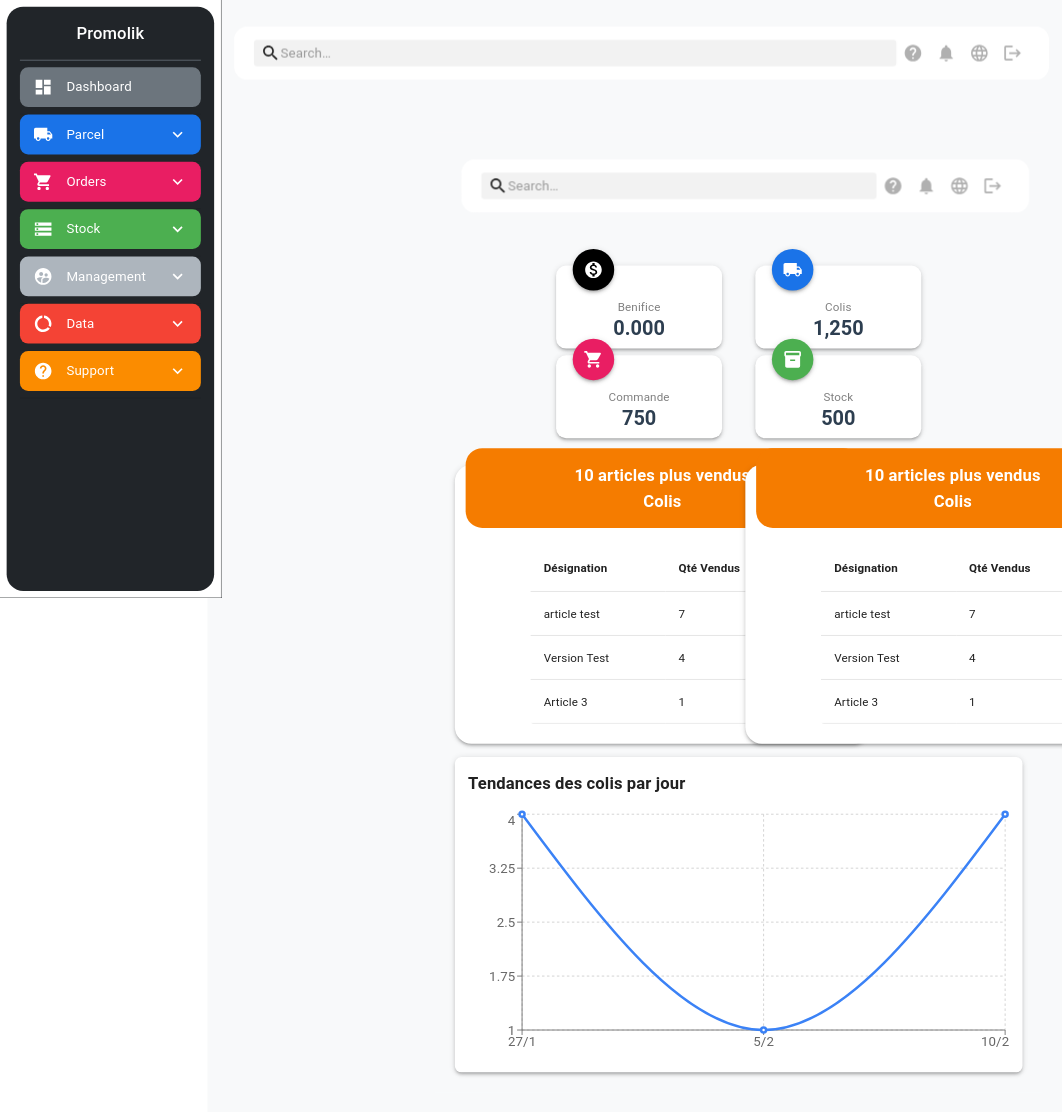
Repository: yosrjdly/stk
Page: /dashboard (app in dashboard/)
These files come from the project's save history. The page is drawn as it stood at one moment and after the next save; the edit follows.
The browser window is 1280 px wide. The pictures show the whole page, at 83% of full size.
The project was rebuilt for these pictures with package versions that can differ from the ones it lists, and the page was loaded fresh each time. The framework's server and built-in components were replaced by stand-ins that run in the browser. Also part of the build but not shown: dashboard/next.config.ts.

Above is the page before, as saved 2025-02-16 16:44:44.

### dashboard/src/app/dashboard/Layout.tsx
"use client";

import { Box, CssBaseline, Toolbar } from "@mui/material";
import Sidebar from "../../componenets/sidebar/SideBar";
import Navbar from "../../componenets/navbar/Navbar"; // Assuming you have a Navbar component
import { ReactNode } from "react";

interface LayoutProps {
  children: ReactNode;
}

export default function Layout({ children }: LayoutProps) {
  return (
    <Box sx={{ display: "flex" }}>
      <CssBaseline />

      {/* Sidebar (Permanent) */}
      <Sidebar />

      {/* Main Content Area */}
      <Box
        component="main"
        sx={{

          flexGrow: 1,
          p: 3,
          width: `calc(100% - 250px)`, // Adjusting main content width to fit sidebar
          backgroundColor: "#f8f9fa",
          minHeight: "100vh",
        }}
      >
        {/* Navbar */}
        <Navbar />

        {/* Page Content */}
        <Toolbar /> {/* Keeps content from being hidden behind Navbar */}
        {children}
      </Box>
    </Box>
  );
}

### dashboard/src/app/dashboard/page.tsx
import DashboardStats from "@/componenets/cards/smallCard/StatisticCard";
import Layout from "../dashboard/Layout";
import TopSellingCard from "../../componenets/cards/mediumCard/TopSellingCard";
import Chart from "../../componenets/Charts/Chart";
import { Box, Grid } from "@mui/material";

export default function DashboardHome() {
  return (
    <Layout>
      {/* Stats at the top */}
      <Box sx={{ mb: 4 }}>
        <DashboardStats />
      </Box>

      {/* Two TopSellingCards in one row */}
      <Grid container spacing={2} sx={{ mb: 2 }}>
        <Grid item xs={12} md={6}>
          <TopSellingCard />
        </Grid>
        <Grid item xs={12} md={6}>
          <TopSellingCard />
        </Grid>
      </Grid>

      {/* Chart below */}
      <Box>
        <Chart />
      </Box>
    </Layout>
  );
}

### dashboard/src/componenets/sidebar/SideBar.tsx
"use client";

import { useState } from "react";
import { useRouter, usePathname } from "next/navigation";
import {
  Drawer,
  List,
  ListItemButton,
  ListItemText,
  Collapse,
  Divider,
  Typography,
  Box,
  IconButton,
} from "@mui/material";
import { ExpandLess, ExpandMore, Brightness4, Brightness7 } from "@mui/icons-material";
import DashboardIcon from '@mui/icons-material/Dashboard';
import LocalShippingIcon from '@mui/icons-material/LocalShipping';
import ShoppingCartIcon from '@mui/icons-material/ShoppingCart';
import StorageIcon from '@mui/icons-material/Storage';
import SupervisedUserCircleIcon from '@mui/icons-material/SupervisedUserCircle';
import DataUsageIcon from '@mui/icons-material/DataUsage';
import HelpIcon from '@mui/icons-material/Help';

const menuItems = [
  {
    title: "Dashboard",
    path: "/dashboard",
    color: "#6c757d",
    icon: <DashboardIcon />,
  },
  {
    title: "Parcel",
    subItems: [
      { title: "Statistique", path: "/parcel/statistical" },

      { title: "Exchange List", path: "/parcel/exchangeList" },
      { title: "Search", path: "/parcel/search" },

      { title: "Exchange Return", path: "/dashboard/parcel/exchangeReturn" },
      { title: "Exchange Creation", path: "/dashboard/parcel/exchangeCreation" },
      { title: "Package Creation", path: "/dashboard/parcel/packageCreation" },
      { title: "Package Edit", path: "/dashboard/parcel/packageEdit" },
      { title: "Package List", path: "/dashboard/parcel/packageList" },
      { title: "Parcel Return", path: "/dashboard/parcel/parcelReturn" },

    ],
    color: "#1a73e8",
    icon: <LocalShippingIcon />,
  },
  {
    title: "Orders",
    subItems: [
      { title: "Cash Sale", path: "/dashboard/orders/cashSale" },
      { title: "Orders", path: "/dashboard/orders/orders" },
    ],
    color: "#e91e63",
    icon: <ShoppingCartIcon />,
  },
  {
    title: "Stock",
    subItems: [
      { title: "Add Article", path: "/dashboard/stock/addArticle" },
      { title: "Entred Stock", path: "/dashboard/stock/entredStock" },
      { title: "Notification", path: "/dashboard/stock/notification" },
      { title: "Stock", path: "/dashboard/stock/stock" },
    ],
    color: "#4caf50",
    icon: <StorageIcon />,
  },
  {
    title: "Management",
    subItems: [
      { title: "Delivery Company", path: "/manegement/deliveryCompany" },
      { title: "Profile", path: "/dashboard/management/profile" },
      { title: "Profit", path: "/dashboard/management/profit" },
      { title: "Spending", path: "/dashboard/management/spending" },
      { title: "User", path: "/dashboard/management/user" },
    ],
    color: "#adb5bd",
    icon: <SupervisedUserCircleIcon />,
  },
  {
    title: "Data",
    subItems: [
      { title: "Archived Parcel", path: "/dashboard/data/archivedParcel" },
      { title: "Command Deleted", path: "/dashboard/data/commandDeleted" },
      { title: "Deleted Parcel", path: "/dashboard/data/deletedParcel" },
      { title: "Inventory Removed", path: "/dashboard/data/inventoryRemoved" },
    ],
    color: "#f44335",
    icon: <DataUsageIcon />,
  },
  {
    title: "Support",
    subItems: [
      { title: "About Us", path: "/dashboard/support/aboutUs" },
      { title: "Claims", path: "/dashboard/support/claims" },
      { title: "User Guide", path: "/dashboard/support/userGuide" },
    ],
    color: "#fb8c00",
    icon: <HelpIcon />,
  },
];

export default function Sidebar() {
  const router = useRouter();
  const pathname = usePathname();
  const [openSections, setOpenSections] = useState<Record<string, boolean>>({});

  const toggleSection = (title: string) => {
    setOpenSections((prev) => ({
      ...prev,
      [title]: !prev[title],
    }));
  };

  return (
    <Drawer variant="permanent" sx={{ width: 250, flexShrink: 0, marginTop: 2 }}>
      <Box sx={{ height: "100%", width: 250, padding: 2, backgroundColor: "#212529", borderRadius: 5, margin: 1 }}>
        <Typography variant="h6" sx={{ color: "white", textAlign: "center", mb: 2 }}>
          Promolik
        </Typography>
        <Divider sx={{ backgroundColor: "#6c757d" }} />
        <List>
          {menuItems.map((item, index) => {
            const isParentActive = item.subItems?.some((subItem) => pathname === subItem.path);

            return (
              <div key={index}>
                {item.subItems ? (
                  <>
                    <ListItemButton
                      sx={{
                        backgroundColor: item.color,
                        borderRadius: "10px",
                        marginBottom: 1,
                        color: "white",
                      }}
                      onClick={() => toggleSection(item.title)}
                    >
                      {item.icon}
                      <ListItemText primary={item.title} sx={{ ml: 2 }} />
                      {openSections[item.title] ? <ExpandLess /> : <ExpandMore />}
                    </ListItemButton>
                    <Collapse in={openSections[item.title]} timeout="auto" unmountOnExit>
                      <List component="div" disablePadding>
                        {item.subItems.map((subItem, subIndex) => (
                          <ListItemButton
                            key={subIndex}
                            sx={{
                              pl: 4,
                              backgroundColor: pathname === subItem.path ? item.color : "transparent",
                              borderRadius: pathname === subItem.path ? "10px" : "0px",
                              marginBottom: 1,
                              color: pathname === subItem.path ? "white" : "#ccc",
                            }}
                            onClick={() => router.push(subItem.path)}
                          >
                            <ListItemText primary={subItem.title} />
                          </ListItemButton>
                        ))}
                      </List>
                    </Collapse>
                  </>
                ) : (
                  <ListItemButton
                    sx={{
                      backgroundColor: pathname === item.path ? item.color : "transparent",
                      borderRadius: pathname === item.path ? "10px" : "0px",
                      marginBottom: 1,
                      color: pathname === item.path ? "white" : "#ccc",
                    }}
                    onClick={() => router.push(item.path)}
                  >
                    {item.icon}
                    <ListItemText primary={item.title} sx={{ ml: 2 }} />
                  </ListItemButton>
                )}
                <Divider />
              </div>
            );
          })}
        </List>
      </Box>
    </Drawer>
  );
}

### dashboard/src/componenets/navbar/Navbar.tsx

'use client';

import React, { useState } from 'react';
import { AppBar, Toolbar, IconButton, InputBase, Menu, MenuItem } from '@mui/material';
import { Search as SearchIcon, Help as HelpIcon, Notifications as NotificationsIcon, Language as LanguageIcon, Logout as LogoutIcon } from '@mui/icons-material';

const Navbar = () => {
  const [anchorEl, setAnchorEl] = useState(null);

  const handleMenuOpen = (event) => {
    setAnchorEl(event.currentTarget);
  };

  const handleMenuClose = () => {
    setAnchorEl(null);
  };

  return (
    <AppBar
      position="sticky"
      sx={{
        mx: 1,
        mt: 1,
        borderRadius: '16px',
        boxShadow: 'none',
        backdropFilter: 'blur(10px)',
        zIndex: 1200,
        backgroundColor: '#ffff',
      }}
    >
      <Toolbar>
        {/* Search Bar */}
        <InputBase
          placeholder="Search…"
          startAdornment={<SearchIcon />}
          sx={{ flexGrow: 1, backgroundColor: 'rgba(0, 0, 0, 0.05)', borderRadius: '4px', paddingLeft: '8px' }}
        />

        {/* Help Icon */}
        <IconButton color="inherit" onClick={handleMenuOpen} sx={{ color: '#B0B0B0' }}>
          <HelpIcon />
        </IconButton>

        {/* Notifications Icon */}
        <IconButton color="inherit" sx={{ color: '#B0B0B0' }}>
          <NotificationsIcon />
        </IconButton>

        {/* Language Icon */}
        <IconButton color="inherit" sx={{ color: '#B0B0B0' }}>
          <LanguageIcon />
        </IconButton>

        {/* Logout Icon */}
        <IconButton color="inherit" sx={{ color: '#B0B0B0' }}>
          <LogoutIcon />
        </IconButton>
      </Toolbar>

      {/* Help Icon Menu */}
      <Menu
        anchorEl={anchorEl}
        open={Boolean(anchorEl)}
        onClose={handleMenuClose}
      >
        <MenuItem onClick={handleMenuClose}>Help Center</MenuItem>
        <MenuItem onClick={handleMenuClose}>Contact Support</MenuItem>
      </Menu>
    </AppBar>
  );
};

export default Navbar;

### dashboard/src/componenets/cards/smallCard/StatisticCard.tsx
'use client';

import React from 'react';
import { Card, CardContent, Typography, Box } from '@mui/material';
import MonetizationOnIcon from '@mui/icons-material/MonetizationOn';
import LocalShippingIcon from '@mui/icons-material/LocalShipping';
import ShoppingCartIcon from '@mui/icons-material/ShoppingCart';
import InventoryIcon from '@mui/icons-material/Inventory';

const StatisticCard = ({
  title,
  value,
  icon,
  bgColor,
}: {
  title: string;
  value: string;
  icon: React.ReactNode;
  bgColor: string;
}) => {
  return (
    <Box sx={{ position: 'relative', display: 'inline-block', mx: 2 }}>
      {/* Floating Icon */}
      <Box
        sx={{
          position: 'absolute',
          top: -20,
          left: 20,
          width: 50,
          height: 50,
          borderRadius: '50%',
          backgroundColor: bgColor,
          display: 'flex',
          alignItems: 'center',
          justifyContent: 'center',
          boxShadow: 3,
        }}
      >
        {icon}
      </Box>

      {/* Card */}
      <Card
        sx={{
          width: 200,
          height: 100,
          borderRadius: 3,
          textAlign: 'center',
          boxShadow: 3,
          backgroundColor: 'white',
          pt: 3,
        }}
      >
        <CardContent>
          <Typography variant="body2" sx={{ color: 'gray' }}>
            {title}
          </Typography>
          <Typography variant="h5" sx={{ fontWeight: 'bold', color: '#2D3E50' }}>
            {value}
          </Typography>
        </CardContent>
      </Card>
    </Box>
  );
};

const DashboardStats = () => {
  const stats = [
    { title: 'Benifice', value: '0.000', icon: <MonetizationOnIcon sx={{ color: 'white' }} />, bgColor: 'black' },
    { title: 'Colis', value: '1,250', icon: <LocalShippingIcon sx={{ color: 'white' }} />, bgColor: '#1a73e8' },
    { title: 'Commande', value: '750', icon: <ShoppingCartIcon sx={{ color: 'white' }} />, bgColor: '#e91e63' },
    { title: 'Stock', value: '500', icon: <InventoryIcon sx={{ color: 'white' }} />, bgColor: '#4caf50' },
  ];

  return (
    <Box display="flex" justifyContent="center" gap={1} flexWrap="wrap" mt={0}>
      {stats.map((stat, index) => (
        <StatisticCard key={index} title={stat.title} value={stat.value} icon={stat.icon} bgColor={stat.bgColor} />
      ))}
    </Box>
  );
};

export default DashboardStats;

### dashboard/src/componenets/cards/mediumCard/TopSellingCard.tsx
"use client";

import { Card, CardContent, Typography, Table, TableBody, TableCell, TableContainer, TableHead, TableRow, Paper, Box } from "@mui/material";

const data = [
  { name: "article test", quantity: 7 },
  { name: "Version Test", quantity: 4 },
  { name: "Article 3", quantity: 1 },
];

const TopSellingCard = () => {
  return (
    <Card sx={{ width: 500, borderRadius: 5, boxShadow: 3, overflow: "visible", display: "flex", flexDirection: "column", alignItems: "center", justifyContent: "center", position: "relative" }}>
      <CardContent sx={{ backgroundColor: "#f57c00", color: "white", textAlign: "center", padding: 2, width: 475, position: "absolute", top: -20,borderRadius: 5 }}>
        <Typography variant="h6" fontWeight="bold">
          10 articles plus vendus
        </Typography>
        <Typography variant="h6" fontWeight="bold">
          Colis
        </Typography>
      </CardContent>
      <CardContent sx={{ width: 350, marginTop: 10 }}>
        <TableContainer component={Paper} elevation={0} sx={{ boxShadow: "none" }}>
          <Table>
            <TableHead>
              <TableRow>
                <TableCell sx={{ fontWeight: "bold" }}>Désignation</TableCell>
                <TableCell sx={{ fontWeight: "bold" }}>Qté Vendus</TableCell>
              </TableRow>
            </TableHead>
            <TableBody>
              {data.map((item, index) => (
                <TableRow key={index}>
                  <TableCell>{item.name}</TableCell>
                  <TableCell>{item.quantity}</TableCell>
                </TableRow>
              ))}
            </TableBody>
          </Table>
        </TableContainer>
      </CardContent>
    </Card>
  );
};

export default TopSellingCard;

### dashboard/src/componenets/Charts/Chart.tsx
"use client";

import { Card, CardContent, Typography } from "@mui/material";
import { LineChart, Line, XAxis, YAxis, CartesianGrid, Tooltip, ResponsiveContainer } from "recharts";

const data = [
  { date: "27/1", value: 4 },
  { date: "5/2", value: 1 },
  { date: "10/2", value: 4 },
];

const Chart = () => {
  return (
    <Card sx={{ width: "100%", borderRadius: 2, boxShadow: 3, padding: 2 }}>
      <Typography variant="h6" fontWeight="bold" sx={{ marginBottom: 2 }}>
        Tendances des colis par jour
      </Typography>
      <ResponsiveContainer width="100%" height={300}>
        <LineChart data={data}>
          <CartesianGrid strokeDasharray="3 3" />
          <XAxis dataKey="date" />
          <YAxis domain={[1, 4]} />
          <Tooltip />
          <Line type="monotone" dataKey="value" stroke="#3b82f6" strokeWidth={3} />
        </LineChart>
      </ResponsiveContainer>
    </Card>
  );
};

export default Chart;

Loaded but not shown: dashboard/src/app/layout.tsx (common file); dashboard/src/app/globals.css (common file)

After the next save:
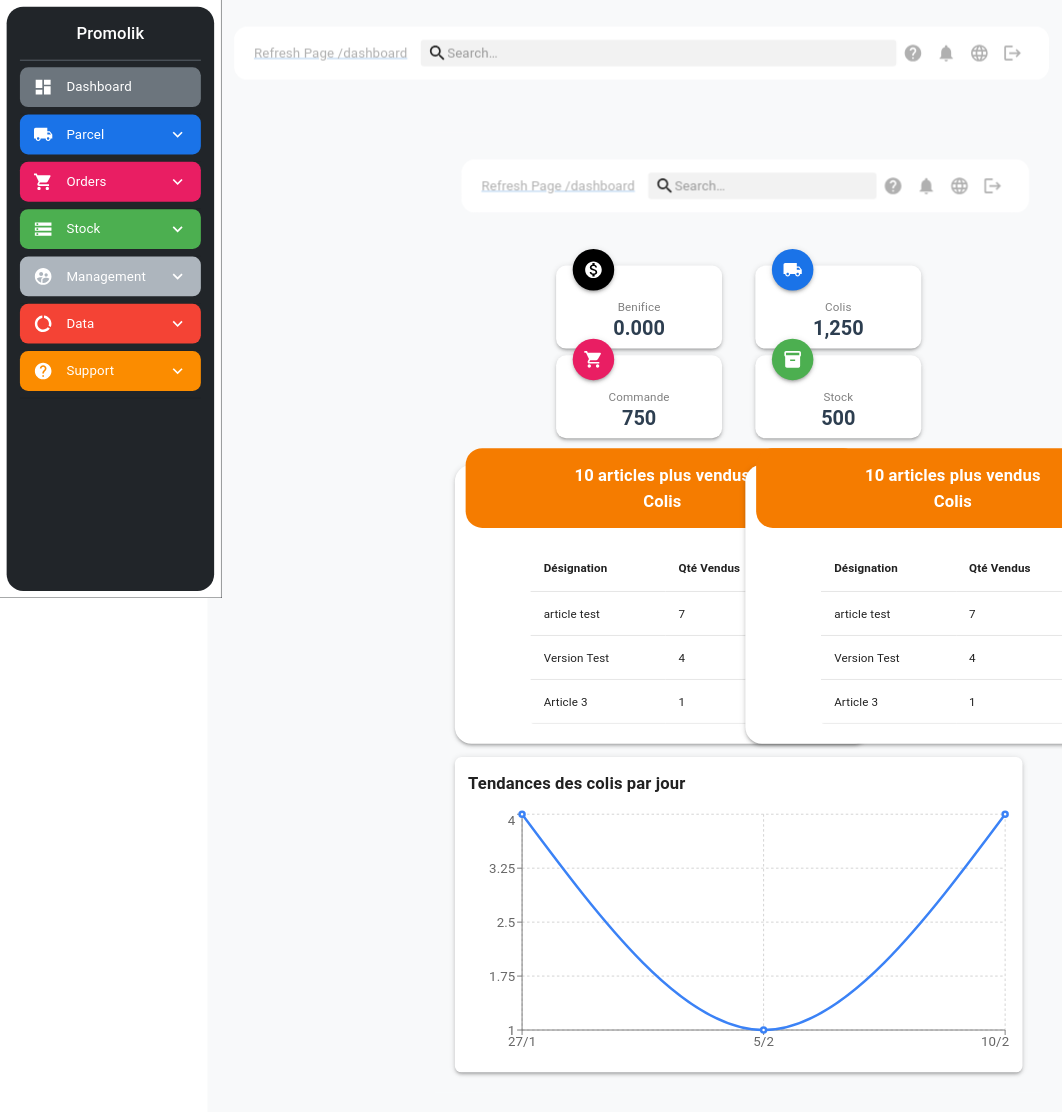
Saved 2 min 20 s later.
--- a/dashboard/src/componenets/navbar/Navbar.tsx
+++ b/dashboard/src/componenets/navbar/Navbar.tsx
@@ -1,12 +1,13 @@
-
 'use client';
 
 import React, { useState } from 'react';
-import { AppBar, Toolbar, IconButton, InputBase, Menu, MenuItem } from '@mui/material';
+import { AppBar, Toolbar, IconButton, InputBase, Menu, MenuItem, Link } from '@mui/material';
 import { Search as SearchIcon, Help as HelpIcon, Notifications as NotificationsIcon, Language as LanguageIcon, Logout as LogoutIcon } from '@mui/icons-material';
+import { useRouter } from 'next/router';
 
 const Navbar = () => {
   const [anchorEl, setAnchorEl] = useState(null);
+  const router = useRouter(); // Hook to get the current route
 
   const handleMenuOpen = (event) => {
     setAnchorEl(event.currentTarget);
@@ -14,6 +15,10 @@ const Navbar = () => {
 
   const handleMenuClose = () => {
     setAnchorEl(null);
+  };
+
+  const handleRefresh = () => {
+    window.location.reload();
   };
 
   return (
@@ -30,6 +35,15 @@ const Navbar = () => {
       }}
     >
       <Toolbar>
+        {/* Refresh Link and Current Route */}
+        <Link
+          component="button"
+          sx={{ color: '#B0B0B0', marginRight: '16px' }}
+          onClick={handleRefresh}
+        >
+          Refresh Page /{router.pathname.split('/').pop()}
+        </Link>
+
         {/* Search Bar */}
         <InputBase
           placeholder="Search…"
